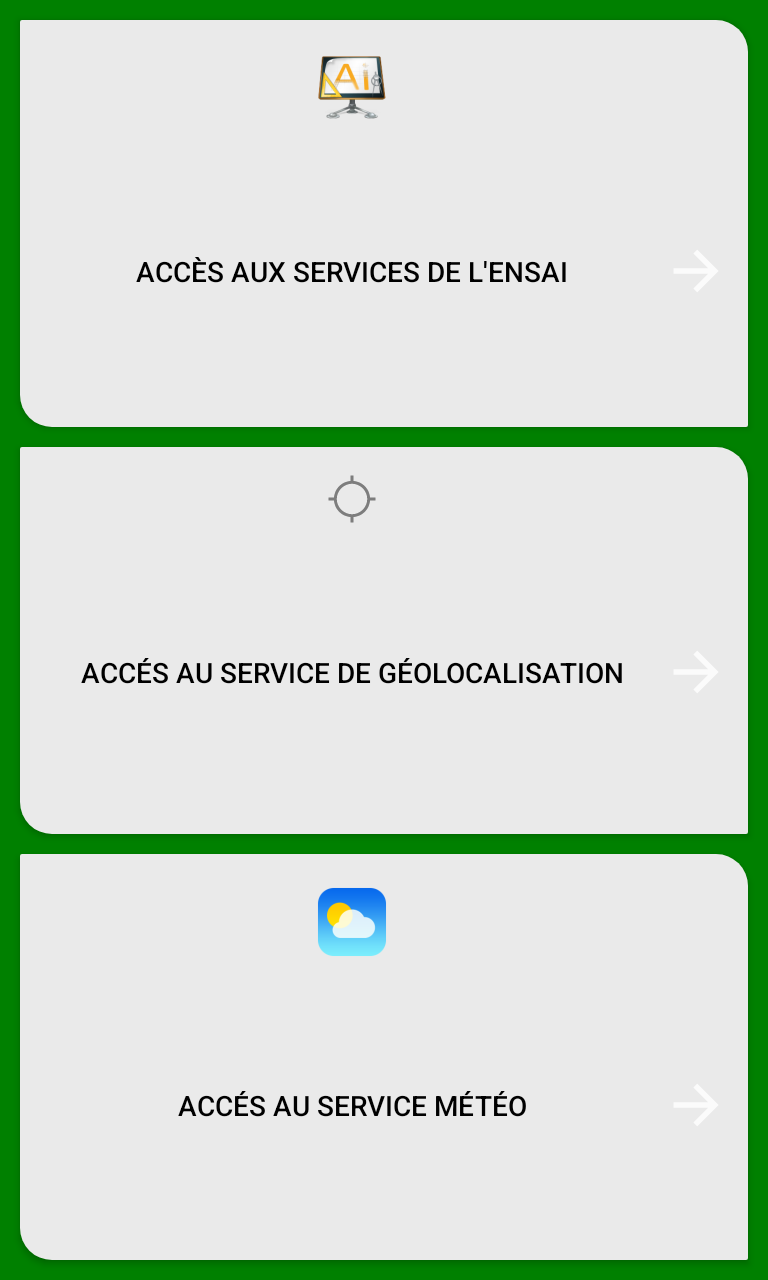
Repository: cpluuuusplus/WhoWantsKitKat
Layout: AppliPlus/res/layout/activity_menu_principal.xml
An editor plug-in stored every save of this project. The layout is shown before and after the next save, followed by the edit.
It is drawn on a 768 x 1280 px phone screen (xhdpi) without system bars, with theme Theme.AppCompat.Light; the app's code is not run.

Above is the layout before, as saved 2014-05-12 16:33:26.

### AppliPlus/res/layout/activity_menu_principal.xml
<?xml version="1.0" encoding="utf-8"?>
<LinearLayout xmlns:android="http://schemas.android.com/apk/res/android"
    android:layout_width="match_parent"
    android:layout_height="match_parent"
    android:background="@color/green"
    android:orientation="vertical" >

    <Button
        android:id="@+id/main_act1"
        android:layout_width="match_parent"
        android:layout_height="fill_parent"
        android:layout_marginLeft="10dp"
        android:layout_marginRight="10dp"
        android:layout_marginTop="10dp"
        android:layout_weight="1"
        android:background="@drawable/button_shape"
        android:drawableRight="@drawable/ic_action_forward"
        android:drawableTop="@drawable/shcool"
        android:onClick="pamplemousse"
        android:text="@string/school"
        android:textColor="@color/black_color" />

    <Button
        android:id="@+id/main_act2"
        android:layout_width="match_parent"
        android:layout_height="fill_parent"
        android:layout_margin="10dp"
        android:layout_weight="1"
        android:background="@drawable/button_shape"
        android:drawableRight="@drawable/ic_action_forward"
        android:drawableTop="@drawable/ic_action_location_searching"
        android:onClick="geolocalisation"
        android:text="@string/geo"
        android:textColor="@color/black_color" />

    <Button
        android:id="@+id/main_act3"
        android:layout_width="match_parent"
        android:layout_height="fill_parent"
        android:layout_marginBottom="10dp"
        android:layout_marginLeft="10dp"
        android:layout_marginRight="10dp"
        android:layout_weight="1"
        android:background="@drawable/button_shape"
        android:drawableRight="@drawable/ic_action_forward"
        android:drawableTop="@drawable/weather"
        android:onClick="meteo"
        android:text="@string/meteo"
        android:textColor="@color/black_color" />

</LinearLayout>

### AppliPlus/res/values/colors.xml
<?xml version="1.0" encoding="utf-8"?>
<resources>

    <color name="black_color">#000</color>
    <color name="white">#FFFFFF</color>
    <color name="yellow">#FFFF00</color>
    <color name="fuchsia">#FF00FF</color>
    <color name="red">#FF0000</color>
    <color name="silver">#C0C0C0</color>
    <color name="gray">#808080</color>
    <color name="olive">#808000</color>
    <color name="purple">#800080</color>
    <color name="maroon">#800000</color>
    <color name="aqua">#00FFFF</color>
    <color name="lime">#00FF00</color>
    <color name="teal">#008080</color>
    <color name="green">#008000</color>
    <color name="blue">#0000FF</color>
    <color name="navy">#000080</color>
    <color name="orange">#ff5500</color>
    <color name="white">#ffffff</color>
    <color name="transparent">#00000000</color>
    <color name="date_color">#999999</color>
    <color name="gold">#e6b121</color>
    <color name="blueback">#99FFFF</color>
    <color name="articlecolor">#3399FF</color>
    <color name="article_title">#3399FF</color>
    <color name="cachecolor">#8ad0e8</color>

</resources>

### AppliPlus/res/drawable-hdpi/button_shape.xml
<?xml version="1.0" encoding="utf-8"?>
<shape xmlns:android="http://schemas.android.com/apk/res/android"
    android:shape="rectangle" >

    <solid android:color="#EAEAEA" />

    <corners
        android:bottomLeftRadius="16dip"
        android:bottomRightRadius="1dip"
        android:topLeftRadius="1dip"
        android:topRightRadius="16dip" />

    <padding
        android:bottom="10dp"
        android:left="10dp"
        android:right="10dp"
        android:top="10dp" />

</shape>

### AppliPlus/res/values/strings.xml
<?xml version="1.0" encoding="utf-8"?>
<resources>

    <string name="app_name">Qui veut manger un KitKat ?</string>
    <string name="hello_world">Hello world!</string>
    <string name="nb_cours">%1$d cours viennent d\'être mis à jours</string>
    <string name="direct">Accès direct à pamplemousse viewer</string>
    <string name="refresh">Refresh</string>
    <string name="action_search">search</string>
    <string name="find_city">Rechercher une ville</string>

    <!-- Nom des menus ! -->

    <string name="home">Qui veut un KitKat ?</string>
    <string name="pamp_viewer">Accès à Pamplemousse</string>
    <string name="agenda_null">Première connection ? Renseignez vos identifiants, et synchroniser</string>
    <string name="url_error">Impossible de se connecter au serveur, veuillez vérifier vos identifiants et votre connection à internet</string>
    <string name="school">Accès aux services de l\'Ensai</string>
    <string name="connection">Accès à Pamplemousse</string>
    <string name="remote">Accès à Pamplemousse en ligne</string>
    <string name="pampl_desc">Emploi du temps, mails,...</string>
    <string name="geo">Accés au service de Géolocalisation</string>
    <string name="geo_desc">Géolocalisation</string>
    <string name="meteo">Accés au service Météo</string>
    <string name="meteo_desc">À</string>
    <string name="meteo_tc">Températures</string>
    <string name="meteo_wind">Vent</string>
    <string name="meteo_rain">Pluie</string>
    <string name="meteo_clouds">Nuages</string>
    <string name="valider_localite">Valider</string>
    <string name="desc_country">Pays</string>
    <string name="desc_sunrise">Levé du soleil</string>
    <string name="desc_sunset">Couché du soleil</string>
    <string name="desc_pressure">Pression</string>

    <!-- Cas non défini -->

    <string name="to_be_defined">En attente</string>

    <!-- Test login -->

    <string name="menu_settings">Settings</string>
    <string name="title_activity_main">MainActivity</string>
    <string name="image_content_description">Un Android avec un chien</string>
    <string name="login">S\'identifier</string>
    <string name="email">Id utilisateur</string>
    <string name="password">Mot de passe</string>
    <string name="connect">Se connecter</string>
    <string name="get_localite">Récupérer ma localisation actuelle</string>
    <string name="saisir_localite">Saisir une ville ici</string>
    <string name="desc_saisie_localite">Vous pouvez saisir une localité</string>
    <string name="temp">Ce champ doit etre rempli</string>
    <string name="geoloc_osm">Géolocationsation par OSM/OCM</string>

</resources>

After the next save:
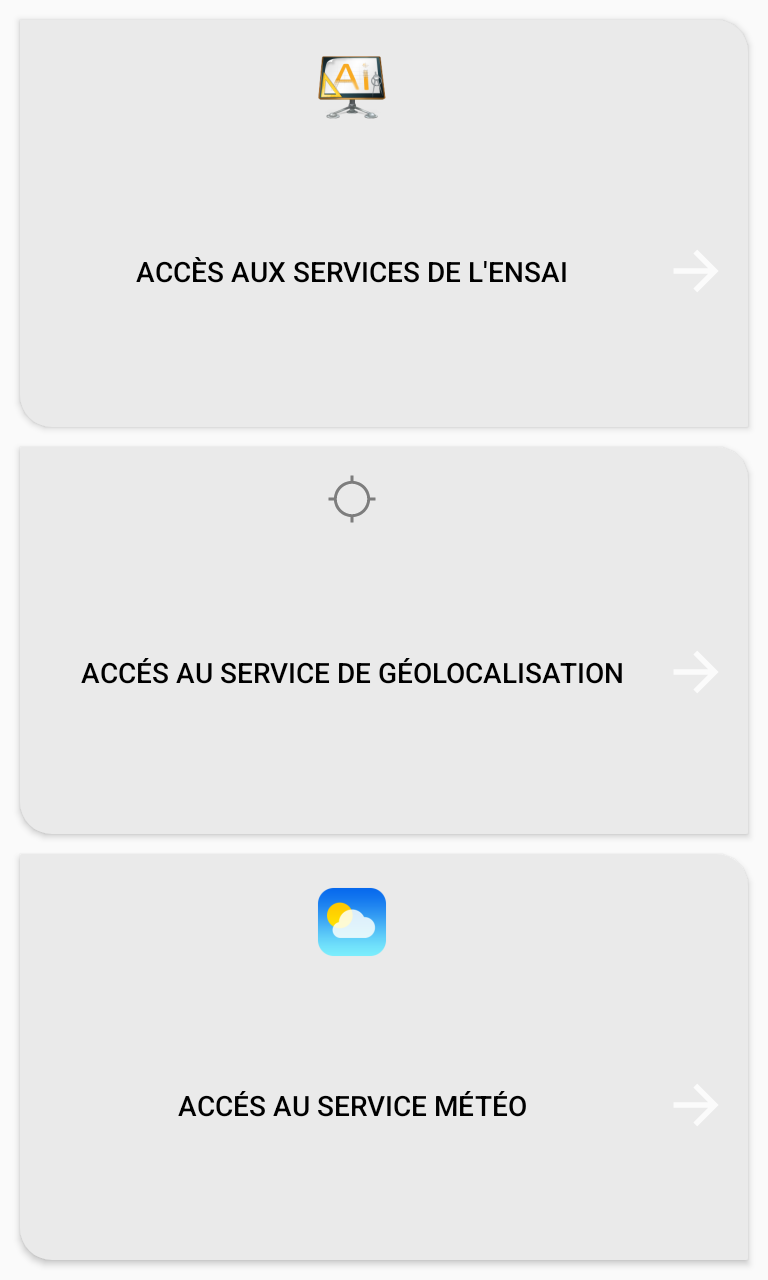
Saved 2 s later.
--- a/AppliPlus/res/layout/activity_menu_principal.xml
+++ b/AppliPlus/res/layout/activity_menu_principal.xml
@@ -2,7 +2,7 @@
 <LinearLayout xmlns:android="http://schemas.android.com/apk/res/android"
     android:layout_width="match_parent"
     android:layout_height="match_parent"
-    android:background="@color/green"
+    android:background="@color/"
     android:orientation="vertical" >
 
     <Button
